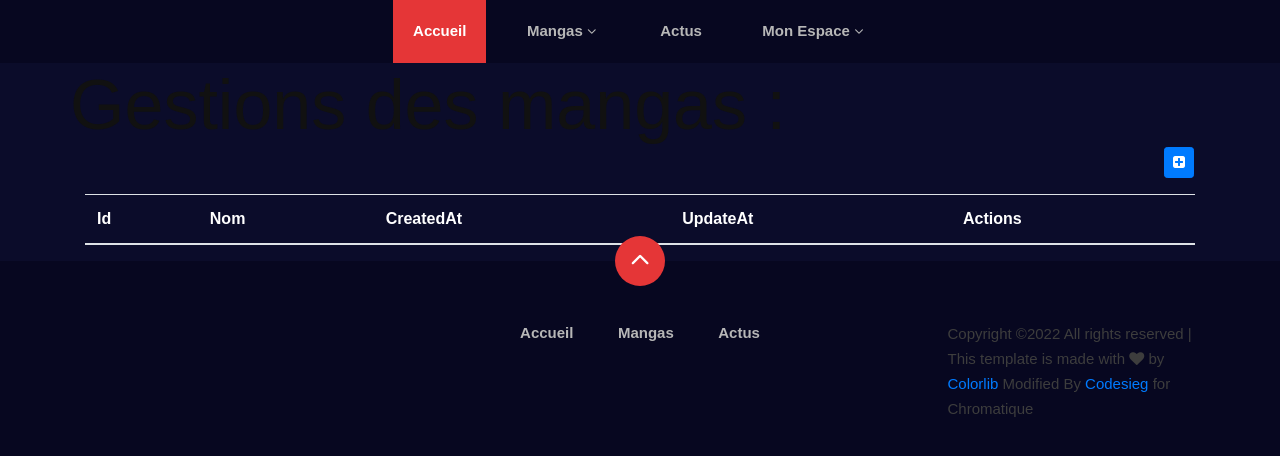
Repository: Codesieg/Chromatique
Page: chromatique/resources/views/admin/browse.blade.php
These files come from the project's save history. The page is drawn as it stood at one moment and after the next save; the edit follows.
The browser window is 1280 px wide. The pictures show the whole page.
Some web fonts or font styles are not loaded; a fallback is used. The page is served by the project's Laravel application, run on PHP 8.4 with Laravel 8. Other server files are loaded and not shown. The template is opened directly, without the code that normally fills it, so the values that code supplies are empty.

Above is the page before, as saved 2022-04-03 16:27:46.

### chromatique/routes/web.php
<?php


use Illuminate\Support\Facades\Auth;
use Illuminate\Support\Facades\Route;
use App\Http\Controllers\PagesController;
use App\Http\Controllers\TomesController;
use App\Http\Controllers\MangasController;
use App\Http\Controllers\Auth\LoginController;
use App\Http\Controllers\Admin\AdminTomesController;
use App\Http\Controllers\Admin\AdminMangasController;


/*
|--------------------------------------------------------------------------
| Web Routes
|--------------------------------------------------------------------------
|
| Here is where you can register web routes for your application. These
| routes are loaded by the RouteServiceProvider within a group which
| contains the "web" middleware group. Now create something great!
|
*/
//-------------- Route front ----------------
// Route::get('/', [MangasController::class,'browse'])->name('browse_mangas');

Route::get(
    '/',
    [MangasController::class, 'browse']
)->name('browse_mangas');

Route::get(
    '/tome/browse/{id}',
    [TomesController::class,'browse']
)->name('browse_tomes');

Route::get(
    '/tome/page/{id}',
    [PagesController::class,'read']
)->name('browse_pages');

// Route::post(
//     '/logout',
//     [LoginController::class,'logout']
// )->name('user_logout');

//-------------- Route back-office manga ----------------

Route::get(
    '/admin',
    [AdminMangasController::class, 'browse']
)->name('admin_browse_mangas')->middleware('auth');

// Route affichant le formulaire d'ajout d'un manga
Route::get(
    '/admin/add/manga',
    [AdminMangasController::class, 'form']
)->name('admin_form_manga')->middleware('auth');

//  Route ajoutant le manga, au clique sur le formulaire
Route::post(
    '/admin/add/manga',
    [AdminMangasController::class, 'add']
)->name('admin_add_manga')->middleware('auth');

// Supprimer un manga
Route::delete(
    '/admin/delete/{id}',
    [AdminMangasController::class, 'delete']
)->name('admin_delete_manga')->middleware('auth');

//  Route qui vient scanner le dossier publique au clique sur le bouton scanner
Route::post(
    '/admin/insert',
    [AdminMangasController::class, 'insert']
)->name('admin_insert_manga')->middleware('auth');

// Permet d'afficher le forms de modification d'un manga
Route::get(
    '/admin/manga/edit/{id}',
    [AdminMangasController::class, 'form_edit']
)->name('admin_form_edit_manga')->middleware('auth');

// Permet d'enregistrer les modifications d'un manga
Route::post(
    '/admin/manga/edit/{id}',
    [AdminMangasController::class, 'edit']
)->name('admin_edit_manga')->middleware('auth');

//-------------- Route back-office tome ----------------

// On récupère l'id du manga sur cette route et on affiche le formulaire d'ajout d'un tome par rapport à ça franchise
Route::get(
    '/admin/add/tome/{id}',
    [AdminTomesController::class, 'form']
)->name('admin_form_tome')->middleware('auth');

// On ajoute un tome
Route::post(
    '/admin/add/tome',
    [AdminTomesController::class, 'add']
)->name('admin_add_tome')->middleware('auth');

// On liste tous les tomes de tous les mangas
Route::get(
    '/admin/tome/',
    [AdminTomesController::class, 'browse']
)->name('admin_browse_tomes')->middleware('auth');

// On liste tous les tomes d'un manga
Route::get(
    '/admin/tome/{id}',
    [AdminTomesController::class, 'read']
)->name('admin_read_tome')->middleware('auth');

// Permet de supprimer un tome
Route::delete(
    '/admin/delete/tome/{id}',
    [AdminTomesController::class, 'delete']
)->name('admin_delete_tome')->middleware('auth');

// Permet de modifier un tome
Route::get(
    '/admin/tome/edit/{id}',
    [AdminTomesController::class, 'edit']
)->name('admin_edit_tome')->middleware('auth');

// ---------------route d'authentification------------

Auth::routes();

### chromatique/app/Http/Controllers/Auth/ConfirmPasswordController.php
<?php

namespace App\Http\Controllers\Auth;

use App\Http\Controllers\Controller;
use App\Providers\RouteServiceProvider;
use Illuminate\Foundation\Auth\ConfirmsPasswords;

class ConfirmPasswordController extends Controller
{
    /*
    |--------------------------------------------------------------------------
    | Confirm Password Controller
    |--------------------------------------------------------------------------
    |
    | This controller is responsible for handling password confirmations and
    | uses a simple trait to include the behavior. You're free to explore
    | this trait and override any functions that require customization.
    |
    */

    use ConfirmsPasswords;

    /**
     * Where to redirect users when the intended url fails.
     *
     * @var string
     */
    protected $redirectTo = RouteServiceProvider::LOGIN;

    /**
     * Create a new controller instance.
     *
     * @return void
     */
    public function __construct()
    {
        $this->middleware('auth');
    }
}

### chromatique/resources/views/admin/browse.blade.php
@extends ('layout')

@section('contenu')

<div class="container">
    <h1> Gestions des mangas : </h1>
    <div class="d-flex justify-content-end mb-3 px-3">
        <button type="button" class="btn btn-primary btn-sm white"><a class="text-decoration-none text-white" href="{{route('admin_form_manga')}}"><i class="fa fa-plus-square white"></i></a></button>
    </div>
    <div class="col-12">
        <table class="table">
            <thead>
            <tr>
                <th class="text-white">Id</th>
                <th class="text-white">Nom</th>
                <th class="text-white">CreatedAt</th>
                <th class="text-white">UpdateAt</th>
                <th class="text-white">Actions</th>
            </tr>
            </thead>
            <tbody>
            @foreach ($listMangas as $manga)
            <tr>
                <td class="text-white">{{$manga->id}}</td>
                <td class="text-white">{{$manga->manga_name}}</td>
                <td class="text-white">{{$manga->created_at}}</td>
                <td class="text-white">{{$manga->update_at}}</td>
                <td class="btn-actions">
                    <div class="d-flex">
                        <button type="button" class="btn btn-success btn-sm">
                            <a class="text-decoration-none text-white"  href="{{route('admin_form_edit_manga', ['id' => $manga->id]) }}" data-toggle="tooltip" data-placement="bottom" title="Modifier le manga"><i class="fa fa-edit white"></i></a>
                        </button>

                        <button type="button" class="btn btn-success btn-sm mx-2">
                            <a class="text-decoration-none text-white" href="{{route('admin_read_tome', ['id' => $manga->id]) }}" data-toggle="tooltip" data-placement="bottom" title="Voir les tomes"><i class="fa fa-eye white"></i></a>
                        </button>
                            <form action="{{route('admin_delete_manga', ['id' => $manga->id])}}" method="post">
                                <button type="submit" class="btn-trash">
                                    <i class="fa fa-trash white"></i>
                                    <input type="hidden" name="_method" value="delete" />
                                    @csrf
                                </button>
                            </form>
                    </div>
                </td>
            </tr>
            @endforeach
            </tbody>
        </table>
    </div>
</div>
@endsection

### chromatique/resources/views/layout.blade.php
<!DOCTYPE html>
<html lang="french">

<head>
    <meta charset="UTF-8">
    <meta name="description" content="Chromatique team">
    <meta name="keywords" content="Manga, unica, creative, html">
    <meta name="viewport" content="width=device-width, initial-scale=1.0">
    <meta http-equiv="X-UA-Compatible" content="ie=edge">
    <title>Chromatique</title>

    <!-- Google Font -->
    <link href="https://fonts.googleapis.com/css2?family=Oswald:wght@300;400;500;600;700&display=swap" rel="stylesheet">
    <link href="https://fonts.googleapis.com/css2?family=Mulish:wght@300;400;500;600;700;800;900&display=swap"
    rel="stylesheet">

    <!-- Css Styles -->
    <link rel="stylesheet" href=<?= asset('assets/css/bootstrap.min.css') ?> type="text/css">
    <link rel="stylesheet" href=<?= asset('assets/css/font-awesome.min.css') ?> type="text/css">
    <link rel="stylesheet" href=<?= asset('assets/css/elegant-icons.css') ?> type="text/css">
    <link rel="stylesheet" href=<?= asset('assets/css/plyr.css') ?> type="text/css">
    <link rel="stylesheet" href=<?= asset('assets/css/nice-select.css') ?> type="text/css">
    <link rel="stylesheet" href=<?= asset('assets/css/owl.carousel.min.css') ?> type="text/css">
    <link rel="stylesheet" href=<?= asset('assets/css/slicknav.min.css') ?> type="text/css">
    <link rel="stylesheet" href=<?= asset('assets/css/style.css') ?> type="text/css">
</head>
<!-- Page Preloder -->
<div id="preloder">
    <div class="loader"></div>
</div>

    <!-- Header Section Begin -->
    <header class="header">
        <div class="container">
            <div class="row">
                <div class="col-lg-2">
                    <div class="header__logo">
                        <a href="{{route('browse_mangas')}}">
                            <img src="img/logo.png" alt="">
                        </a>
                    </div>
                </div>
                <div class="col-lg-8">
                    <div class="header__nav">
                        <nav class="header__menu mobile-menu">
                            <ul>
                                <li class="active"><a href="{{route('browse_mangas')}}">Accueil</a></li>
                                <li><a>Mangas<span class="arrow_carrot-down"></span></a>
                                    <ul class="dropdown">
                                        <li><a href="">Naruto</a></li>
                                        <li><a href="">Bleach</a></li>
                                        <li><a href="">Alice in Borderland</a></li>
                                        <li><a href="">One Piece</a></li>
                                        <li><a href="">Death Note</a></li>
                                        <li><a href="">Dragon Ball</a></li>
                                    </ul>
                                </li>
                                <li><a href="">Actus</a></li>
                                {{-- <li><a href="#">Contacts</a></li> --}}
                                {{-- <a href="#" class="search-switch"><span class="icon_search"></span></a> --}}
                                <li><a>Mon Espace<span class="arrow_carrot-down"></span></a>
                                    <ul class="dropdown">
                                        @if (!Auth::check())
                                        <li><a href="{{route('login')}}">Connexion</a></li>
                                            <li><a href="{{route('register')}}">Inscription</a></li>
                                        @else
                                        <li>
                                            <a href="{{ route('logout') }}"
                                            onclick="event.preventDefault();
                                                                document.getElementById('logout-form').submit();">
                                                {{ __('Deconnexion') }}
                                            </a>
                                            <form id="logout-form" action="{{ route('logout') }}" method="POST" style="display: none;">
                                                @csrf
                                            </form>
                                            @endif
                                        </li>

                                        @if (Auth::check())
                                        <li><a href="{{route('admin_browse_mangas')}}">Gestion Manga</a></li>
                                        <li><a href="{{route('admin_browse_tomes')}}">Gestion Tome</a></li>
                                        <li><a href="">Gestion des utilisateur</a></li>
                                        @endif
                                    </ul>
                                </li>
                            </ul>
                        </nav>
                    </div>
                </div>
            </div>
            <div id="mobile-menu-wrap"></div>
        </div>
    </header>
    <!-- Header End -->
<body>
    <!-- wrap -->
    @include('layouts/flash-message')
    <div class="wrapper">

    @yield('contenu')
    </div>


</body>
@include('layouts/footer')


<script src="https://cdn.jsdelivr.net/npm/bootstrap@5.0.0-beta3/dist/js/bootstrap.bundle.min.js" integrity="sha384-JEW9xMcG8R+pH31jmWH6WWP0WintQrMb4s7ZOdauHnUtxwoG2vI5DkLtS3qm9Ekf" crossorigin="anonymous"></script>
<!-- Js Plugins -->
<script src="<?= asset('assets/js/jquery-3.3.1.min.js') ?>"></script>
<script src="<?= asset('assets/js/bootstrap.min.js') ?>"></script>
<script src="<?= asset('assets/js/player.js') ?>"></script>
<script src="<?= asset('assets/js/jquery.nice-select.min.js') ?>"></script>
<script src="<?= asset('assets/js/mixitup.min.js') ?>"></script>
<script src="<?= asset('assets/js/jquery.slicknav.js') ?>"></script>
<script src="<?= asset('assets/js/owl.carousel.min.js') ?>"></script>
<script src="<?= asset('assets/js/main.js') ?>"></script>
</html>

### chromatique/resources/views/layouts/flash-message.blade.php
@if ($message = Session::get('success'))
<div class="alert alert-success alert-block ">
        <strong>{{ $message }}</strong>
</div>
@endif


@if ($message = Session::get('error'))
<div class="alert alert-danger alert-block ">
        <strong>{{ $message }}</strong>
</div>
@endif


@if ($message = Session::get('warning'))
<div class="alert alert-warning alert-block">
	<strong>{{ $message }}</strong>
</div>
@endif


@if ($message = Session::get('info'))
<div class="alert alert-info alert-block ">
	<strong>{{ $message }}</strong>
</div>
@endif


@if ($errors->any())
<div class="alert alert-danger ">
    Please check the form below for errors
</div>
@endif

### chromatique/resources/views/layouts/footer.blade.php
<!-- Footer Section Begin -->
<footer class="footer">
    <div class="page-up">
        <a href="#" id="scrollToTopButton"><span class="arrow_carrot-up"></span></a>
    </div>
    <div class="container">
        <div class="row">
            <div class="col-lg-3">
                <div class="footer__logo">
                    <a href="./index.html"><img src="" alt=""></a>
                </div>
            </div>
            <div class="col-lg-6">
                <div class="footer__nav">
                    <ul>
                        <li class="active"><a href="{{route('browse_mangas')}}">Accueil</a></li>
                        <li><a href="{{route('browse_mangas')}}">Mangas</a></li>
                        <li><a href="">Actus</a></li>
                    </ul>
                </div>
            </div>
            <div class="col-lg-3">
                <p><!-- Link back to Colorlib can't be removed. Template is licensed under CC BY 3.0. -->
                Copyright &copy;<script>document.write(new Date().getFullYear());</script> All rights reserved | This template is made with <i class="fa fa-heart" aria-hidden="true"></i> by <a href="https://colorlib.com" target="_blank">Colorlib</a>
                Modified By <a href="http://chromatique.codesieg.fr">Codesieg </a>for Chromatique
                <!-- Link back to Colorlib can't be removed. Template is licensed under CC BY 3.0. --></p>

            </div>
        </div>
    </div>
</footer>
<!-- Footer Section End -->

Loaded but not shown: chromatique/app/Providers/AppServiceProvider.php (common file); chromatique/app/Http/Controllers/Controller.php (common file); chromatique/public/assets/css/bootstrap.min.css (library); chromatique/public/assets/css/font-awesome.min.css (library); chromatique/public/assets/css/plyr.css (library); chromatique/public/assets/css/nice-select.css (common file); chromatique/public/assets/css/owl.carousel.min.css (library); chromatique/public/assets/css/slicknav.min.css (common file); chromatique/public/assets/js/jquery-3.3.1.min.js (library); chromatique/public/assets/js/bootstrap.min.js (library); chromatique/public/assets/js/player.js (library); chromatique/public/assets/js/jquery.nice-select.min.js (common file); chromatique/public/assets/js/mixitup.min.js (library); chromatique/public/assets/js/jquery.slicknav.js (library); chromatique/public/assets/js/owl.carousel.min.js (library); chromatique/public/assets/js/main.js (101 lines, source omitted); chromatique/public/assets/css/style.css (2403 lines, source omitted); chromatique/public/assets/css/elegant-icons.css (1157 lines, source omitted)

After the next save:
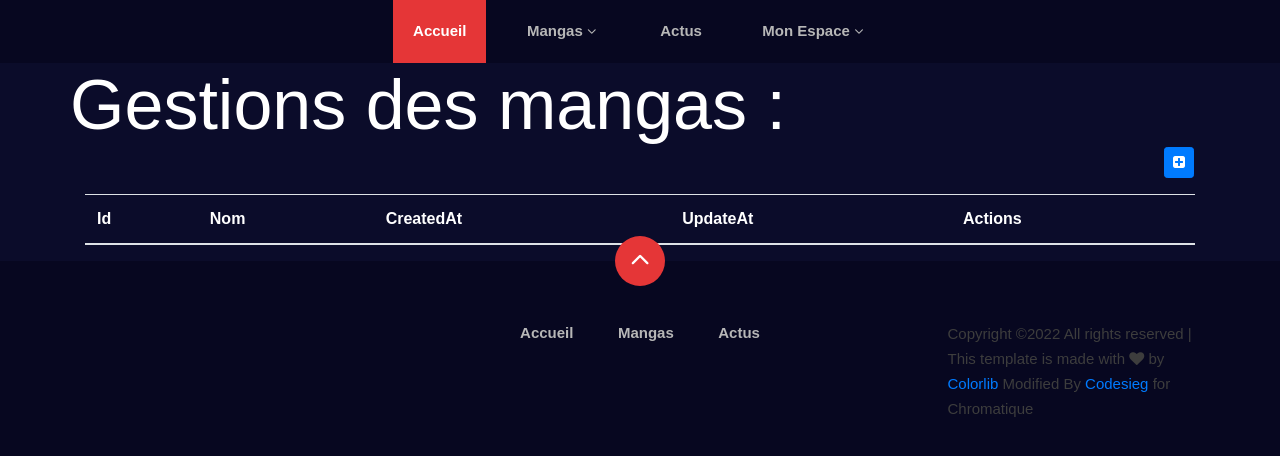
Saved 17 s later.
--- a/chromatique/resources/views/admin/browse.blade.php
+++ b/chromatique/resources/views/admin/browse.blade.php
@@ -3,7 +3,7 @@
 @section('contenu')
 
 <div class="container">
-    <h1> Gestions des mangas : </h1>
+    <h1 class="white"> Gestions des mangas : </h1>
     <div class="d-flex justify-content-end mb-3 px-3">
         <button type="button" class="btn btn-primary btn-sm white"><a class="text-decoration-none text-white" href="{{route('admin_form_manga')}}"><i class="fa fa-plus-square white"></i></a></button>
     </div>
